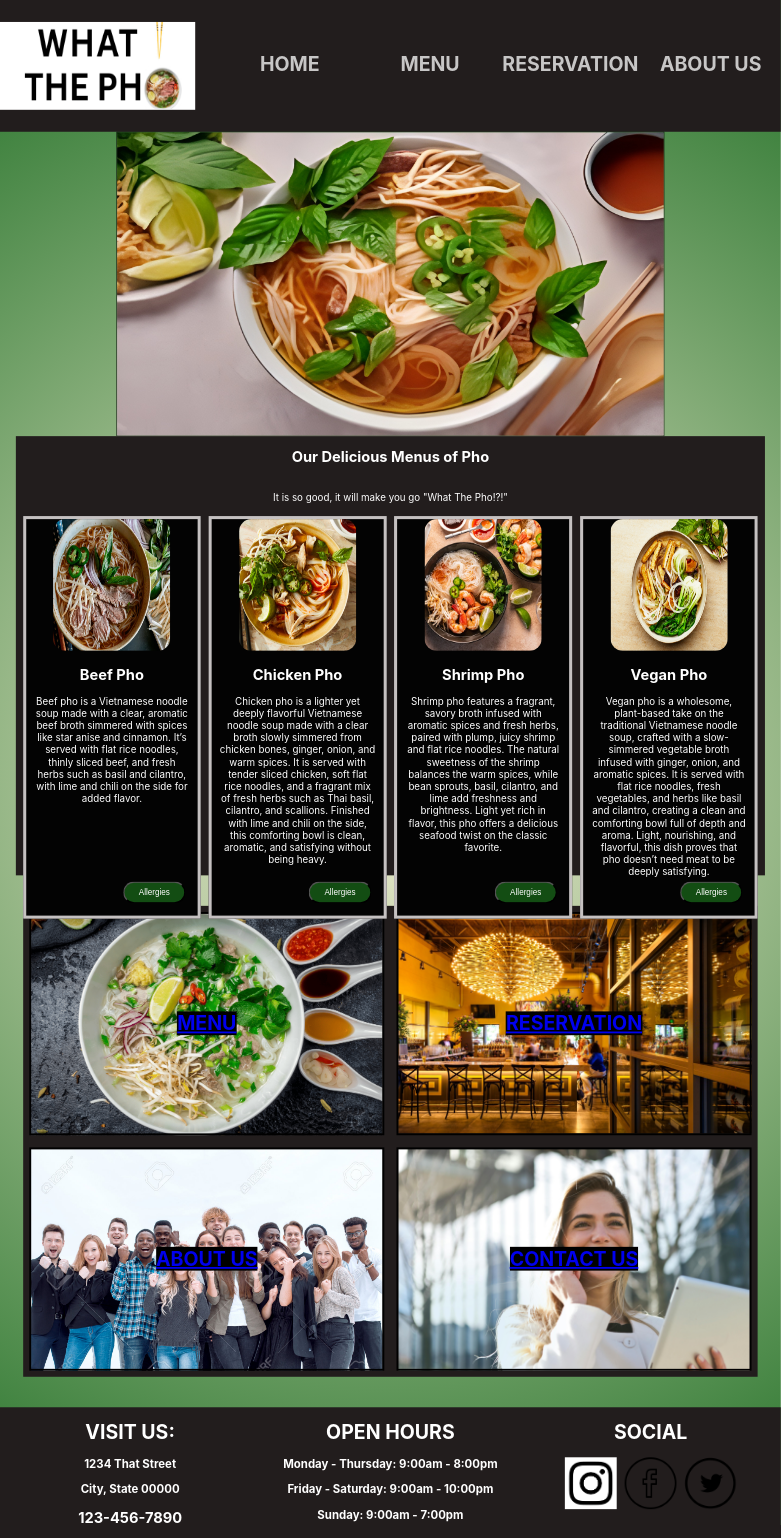
Repository: NguyenkhDang/Restaurant-Website
Page: /
An editor plug-in stored every save of this project. The page is shown before and after the next save, followed by the edit.
The browser window is 1280 px wide. The pictures show the whole page, at 61% of full size.
The project was rebuilt for these pictures with package versions that can differ from the ones it lists, and the page was loaded fresh each time. Also part of the build but not shown: src/Pages/MenuPage.js, src/CSS/ReservationForm.css, src/ReservationForm.js, src/Pages/ReservationPage.js, src/CSS/AboutUs.css, src/Pages/AboutUsPage.js, src/CSS/ContactUs.css, src/Pages/ContactUsPage.js.

Above is the page before, as saved 2026-01-18 22:46:09.

### src/index.js
import React from 'react';
import ReactDOM from 'react-dom/client';
import './index.css';
import App from './App';
import reportWebVitals from './reportWebVitals';
import { BrowserRouter } from "react-router-dom";


const root = ReactDOM.createRoot(document.getElementById("root"));
root.render(
  <BrowserRouter>
    <App />
  </BrowserRouter>
);

// If you want to start measuring performance in your app, pass a function
// to log results (for example: reportWebVitals(console.log))
// or send to an analytics endpoint. Learn more: https://bit.ly/CRA-vitals
reportWebVitals();

### src/App.js

import './App.css';

import NavigationBar from './NavigationBar';
import Footer from "./Footer"
import {Routes, Route} from "react-router-dom"



import HomePage from "./Pages/HomePage"
import MenuPage from "./Pages/MenuPage"
import ReservationPage from "./Pages/ReservationPage"
import AboutUsPage from "./Pages/AboutUsPage"
import ContactUsPage from "./Pages/ContactUsPage"

function App() {


  return (
    <div className="home">
      <NavigationBar />

      <Routes>
        <Route path="/" element={<HomePage />} />
        <Route path="/menu" element={<MenuPage />} />
        <Route path="/reservation" element={<ReservationPage />} />
        <Route path="/aboutUs" element={<AboutUsPage />} />
        <Route path="contactUs" element={<ContactUsPage />} />
      </Routes>

      <Footer />
  </div>
);
}

export default App;

### src/App.css
html{
  -ms-overflow-style: none;
  scrollbar-width: none;
}

.home {
  display: grid;
  margin: 0;
  padding: 0;

  background: radial-gradient(
    circle,
    rgba(245, 240, 213, 1) 0%,
    rgba(38, 115, 42, 1) 100%
  );
  place-items: center;
  text-align: center;
  color: white;
}


html::-webkit-scrollbar {
  display: none;
}

### src/NavigationBar.js
import "./CSS/NavigationBar.css"
import Logo from "./image/CustomLogo2.png"
import { Link } from "react-router-dom"
const NavigationBar = () =>{



  return (
    <div className="navbar">
      <div className="logoImage">
        <img src= {Logo} />
      </div>
      <div className="wholeNavBar">
        <ul>
          <li>
            <Link className="nav-link nav-link-fade-up" to="/">HOME</Link>
          </li>
          <li>
            <Link className="nav-link nav-link-fade-up" to="/menu">MENU</Link>
          </li>
          <li>
            <Link className="nav-link nav-link-fade-up" to="/reservation">RESERVATION</Link>
          </li>
          <li>
            <Link className="nav-link nav-link-fade-up" to="/aboutUs">ABOUT US</Link>
          </li>
        </ul>

      </div>
    </div>
  )


}

export default NavigationBar

### src/Footer.js
import "./CSS/Footer.css"
import InstagramIcon from "./image/instagramIcon.png"
import FacebookIcon from "./image/facebookIcon.png"
import TwitterIcon from "./image/twitterIcon.png"
const Footer = () =>{

  return(
    <div className="footer">
      <div>
        <h1>VISIT US:</h1>
        <h3>1234 That Street</h3>
        <h3>City, State 00000</h3>

        <h2>123-456-7890</h2>
      </div>
      <div>
        <h1>OPEN HOURS</h1>
        <h3>Monday - Thursday: 9:00am - 8:00pm</h3>
        <h3>Friday - Saturday: 9:00am - 10:00pm</h3>
        <h3>Sunday: 9:00am - 7:00pm</h3>
      </div>
      <div>
        <h1>SOCIAL</h1>
        <a href="https://www.instagram.com/" target="_blank"><img src={InstagramIcon}/></a>
        <a href="https://www.facebook.com/" target="_blank"><img src={FacebookIcon}/></a>
        <a href="https://x.com/" target="_blank"><img src={TwitterIcon}/></a>
      </div>

    </div>
  )

}

export default Footer

### src/Pages/HomePage.js
import BackgroundImage from "../image/pho.jpg"
import BeefPho from "../image/beefPho.png"
import ChickenPho from "../image/chickenPho.jpg"
import ShrimpPho from "../image/shrimpPho.png"
import VeganPho from "../image/veganPho.jpg"

import ReadMore from "../Readmore"
import SectionContainer from "../SectionContainer"
import '../CSS/Home.css';

const HomePage = () =>{
  return(
    <>
      <img
        src={BackgroundImage}
        style={{maxWidth: "70vw", height: "auto", border: "1px solid black"}}
        alt="Pho Photo"
        />


      <div className="menu">
        <h2>Our Delicious Menus of Pho</h2>
        <p>It is so good, it will make you go "What The Pho!?!"</p>
        <div className="foodContainer">
          <div>
            <ReadMore
            image={BeefPho}
            title="Beef Pho"
            description="Beef pho is a Vietnamese noodle soup made with a clear, aromatic beef broth simmered with spices like star anise and cinnamon. It’s served with flat rice noodles, thinly sliced beef, and fresh herbs such as basil and cilantro, with lime and chili on the side for added flavor."
            allergies={[
              "Soy: hoisin sauce, soy sauce",
              "Fish: fish sauce",
              "Gluten: possible in sauces",
              "Shellfish: may be present",
              "Spices: star anise, cinnamon, cloves"
            ]}
          />

          </div>
          <div>
            <ReadMore
            image={ChickenPho}
            title="Chicken Pho"
            description="Chicken pho is a lighter yet deeply flavorful Vietnamese noodle soup made with a clear broth slowly simmered from chicken bones, ginger, onion, and warm spices. It is served with tender sliced chicken, soft flat rice noodles, and a fragrant mix of fresh herbs such as Thai basil, cilantro, and scallions. Finished with lime and chili on the side, this comforting bowl is clean, aromatic, and satisfying without being heavy."
            allergies={[
              "Soy: sauces",
              "Fish: fish sauce",
              "Spices: ginger, coriander"
            ]}
          />
          </div>
          <div>
            <ReadMore
            image={ShrimpPho}
            title="Shrimp Pho"
            description="Shrimp pho features a fragrant, savory broth infused with aromatic spices and fresh herbs, paired with plump, juicy shrimp and flat rice noodles. The natural sweetness of the shrimp balances the warm spices, while bean sprouts, basil, cilantro, and lime add freshness and brightness. Light yet rich in flavor, this pho offers a delicious seafood twist on the classic favorite."
            allergies={[
              "Shellfish: shrimp",
              "Fish: fish sauce",
              "Soy: sauces"
            ]}
          />
          </div>
          <div>
            <ReadMore
            image={VeganPho}
            title="Vegan Pho"
            description="Vegan pho is a wholesome, plant-based take on the traditional Vietnamese noodle soup, crafted with a slow-simmered vegetable broth infused with ginger, onion, and aromatic spices. It is served with flat rice noodles, fresh vegetables, and herbs like basil and cilantro, creating a clean and comforting bowl full of depth and aroma. Light, nourishing, and flavorful, this dish proves that pho doesn’t need meat to be deeply satisfying."
            allergies={[
              "Soy: tofu, sauces",
              "Gluten: possible in sauces"
            ]}
          />
          </div>
        </div>
      </div>
      <SectionContainer />
    </>
  )
}
export default HomePage

### src/CSS/NavigationBar.css
.navbar{
  background-color: rgb(34, 29, 29);
  display: grid;
  grid-template-columns: 25% 75%;
  width: 100vw;
  height: 25vh;
  padding-top: 5vh;
}
.wholeNavBar{
  height: 10vh;
}

.logoImage img{
  height: 20vh;
  width: 25vw;
  object-fit: fill;
  object-position: center;
}

ul{
  align-items: center;
  list-style-type: none;
  display: grid;
  place-items: center;
  grid-template-columns: 1fr 1fr 1fr 1fr;
  margin-top: 7vh;
}
ul li a{
  padding: none;
  font-size: 2em;
  text-align: center;
}
ul li{
  padding: none;
}
.nav-link {
  font-weight: bold;
  font-size: 2em;
  text-transform: uppercase;
  text-decoration: none;
  color: #ffffff;
  display: inline-block;
  position: relative;
  opacity: 0.75;
  padding-bottom: 1px;
}

.nav-link:hover {
  opacity: 1;
}

.nav-link::before {
  transition: 300ms;
  height: 5px;
  content: "";
  position: absolute;
  background-color: #c1c7cf;
}
.nav-link-fade-up::before {
  width: 100%;
  bottom: 5px;
  opacity: 0;
}

.nav-link-fade-up:hover::before {
  bottom: 0px;
  opacity: 1;
}

### src/CSS/Footer.css
.footer{
  background-color: rgb(34, 29, 29);
  display: grid;
  grid-template-columns: repeat(3, 1fr);
  width: 100vw;
}

.footer img{
  width: 20%;
}

.footer a{
  margin: 0 0.5vw;
}

### src/Readmore.js
import { useState } from "react";
import "./CSS/Readmore.css"
function ReadMore({ image, title, description, allergies }) {
  const [showMore, setShowMore] = useState(false);

  return (
    <div className={`descriptionContainer ${showMore ? "isExpand ": ""}`}>
      <img src={image} style={{ width: "15vw", height: "30vh" }} alt={title} />

      <h2>{title}</h2>

      <p>
        {description}

        {showMore && (
          <ul className="list">
            {allergies.map((item, index) => (
              <li key={index}>{item}</li>
            ))}
          </ul>
        )}
      </p>

      <button className="btnShowMore" onClick={() => setShowMore(!showMore)}>
        {showMore ? "Close" : "Allergies"}
      </button>
    </div>
  );
}
export default ReadMore;

### src/SectionContainer.js
import "./CSS/SectionContainer.css"

import MenuImage from "./image/menuImage.jpg"
import ReservationImage from "./image/reservationImage.jpg"
import AboutUsImage from "./image/aboutusImage.jpg"
import ContactusImage from "./image/contactusImage.jpg"

import { Link } from "react-router-dom"
const SectionContainer = ()=>{

  return(
    <div className="containerMain">

      <Link to="/menu">
        <div style={{ backgroundImage: `url(${MenuImage})`}}>
          <h1>MENU</h1>
        </div>
      </Link>


      <Link to="/reservation">
        <div style={{ backgroundImage: `url(${ReservationImage})`}}>
          <h1>RESERVATION</h1>
        </div>
      </Link>

      <Link to="/aboutUs">
        <div style={{ backgroundImage: `url(${AboutUsImage})`}}>
          <h1>ABOUT US</h1>
        </div>
      </Link>

      <Link to="/contactUs">
        <div style={{ backgroundImage: `url(${ContactusImage})`}}>
          <h1>CONTACT US</h1>
        </div>
      </Link>
    </div>
  )
}

export default SectionContainer;

### src/CSS/Home.css
.menu {
  display: grid;
  grid-template-rows: repeat(3, 1fr);
  place-items: center;
  gap: 5px;

  width: 96vw;
  height: 100vh;
  margin: 0 2vw;

  background-color: rgb(34, 29, 29);
}

.foodContainer {
  display: grid;
  grid-template-columns: repeat(4, 1fr);
  place-items: center;
  height: auto;
  gap: 1vw;
  padding: 0;
}


#label{
  font-weight: bolder;
  font-size: 1.25em;
}

### src/CSS/Readmore.css
.descriptionContainer{
  display: block;
  width: 20vw;
  height: auto;
  min-height: 650px;
  padding-top: 2.5vh;
  position: relative;
  overflow: hidden;
  transition: all 0.5s ease-in-out;
  background-color: rgb(3, 3, 3);
  border: 5px solid rgb(197, 193, 193);
  padding: 0 1vw;
  margin-bottom: 50px ;
}
.descriptionContainer.isExpand{
  min-height: 720px;
}
.descriptionContainer img{
  width: 20%;
  height: 20%;
  border-radius: 20px;
}
.list{
  display: grid;
  grid-template-columns: repeat(1, 1fr);
}
.list li{
  height: auto;
  width: 70%;
}

.btnShowMore{
  background-color: rgb(19, 77, 19);
  position: absolute;
  bottom: 20px;
  right: 20px;
  height: 5vh;
  width: 8vw;
  border-radius: 50px ;
  color: white
}

### src/CSS/SectionContainer.css
.containerMain{
  display: grid;
  background-color: rgb(34, 29, 29);
  grid-template-columns: repeat(2, 1fr);
  grid-template-rows: repeat(2, 1fr);
  margin-top: 50px;
  margin-bottom: 50px;
}

.containerMain div{
  display: flex;
  justify-content: center;
  align-items: center;
  text-align: center;
  width: 45vw;
  height: 50vh;
  margin: 10px;

  background-size: cover;
  background-position: center;
  background-repeat: no-repeat;

  border: 3px solid black;
}
.containerMain div:hover + h1{
  display: block;
}

.containerMain div h1{
  background-color: black;
}

.containerMain a:hover{
  opacity: 0.5;
}

Loaded but not shown: public/index.html (common file); src/index.css (common file); src/reportWebVitals.js (common file)

After the next save:
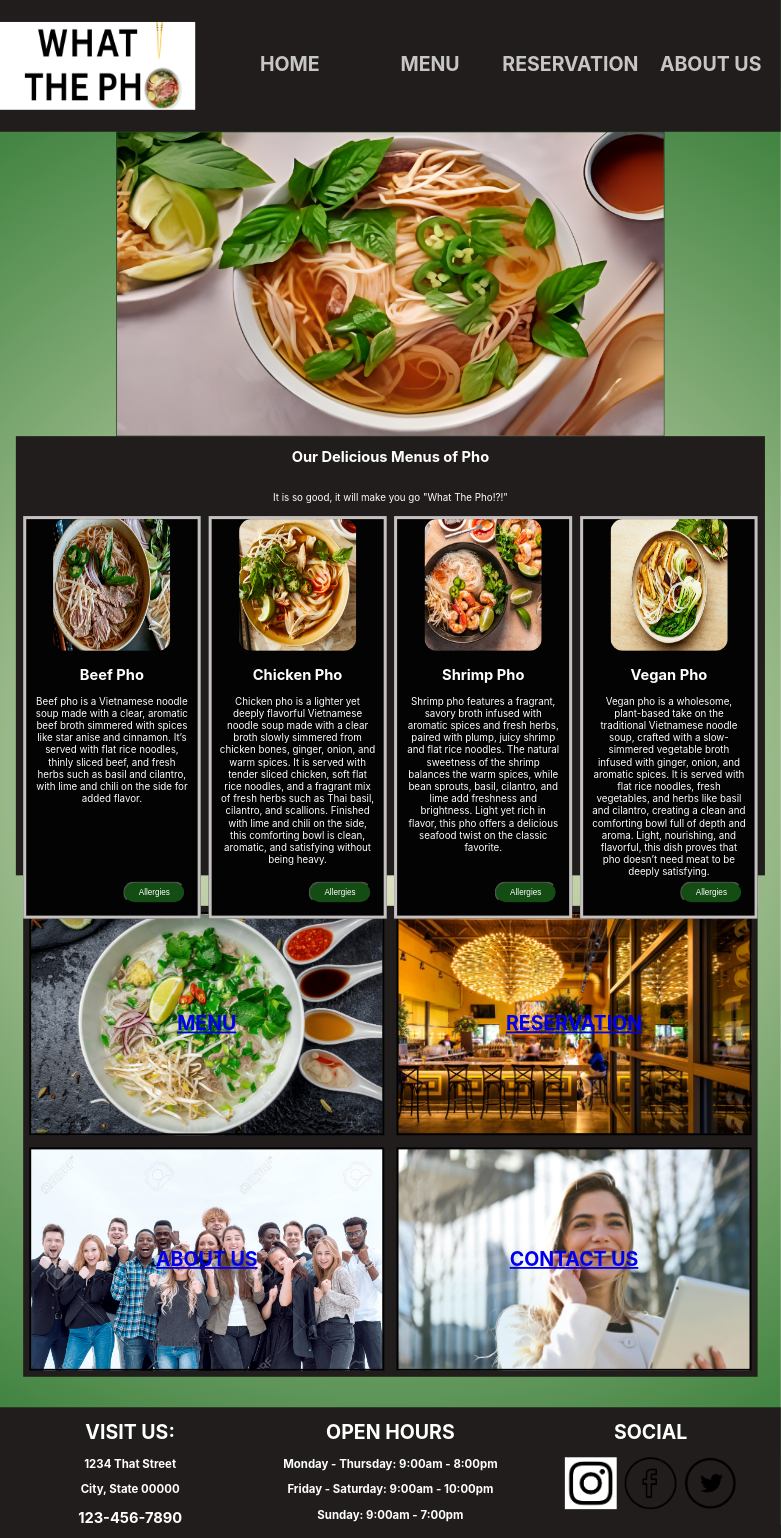
Saved 11 s later.
--- a/src/CSS/SectionContainer.css
+++ b/src/CSS/SectionContainer.css
@@ -23,12 +23,9 @@
   border: 3px solid black;
 }
 .containerMain div:hover + h1{
-  display: block;
+  background-color: black;
 }
 
-.containerMain div h1{
-  background-color: black;
-}
 
 .containerMain a:hover{
   opacity: 0.5;
